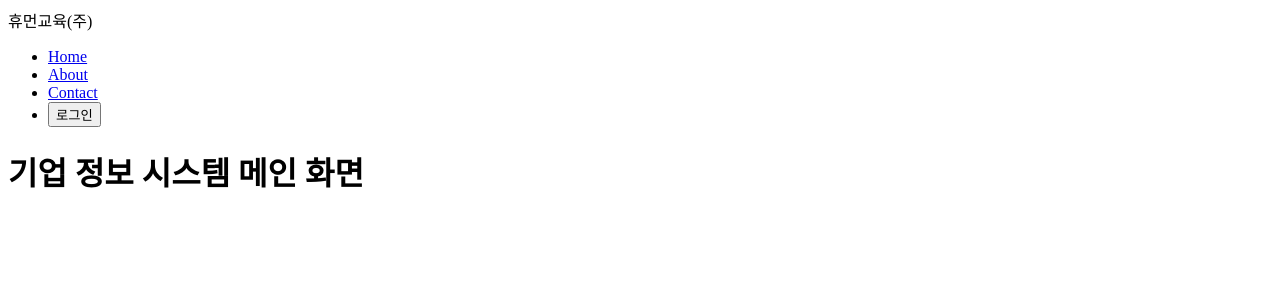
Repository: sieoh/2024html-
Page: http://localhost/jspweb_09/main.jsp
These files come from the project's save history. The page is drawn as it stood at one moment and after the next save; the edit follows.
The browser window is 1280 px wide. The pictures show the whole page.
The page is served by Tomcat 9. Other server files are loaded and not shown.

Above is the page before, as saved 2024-01-15 01:17:03.

### workspace_sts/jspweb_09/src/main/webapp/main.jsp
<%@ page language="java" contentType="text/html; charset=UTF-8"
    pageEncoding="UTF-8"%>
<!DOCTYPE html>
<html>
<head>
<meta charset="UTF-8">
<title>Insert title here</title>
</head>
<body>
	<div class="top-menu">
	    <div class="logo">휴먼교육(주)</div>
	    <div class="login-menu">
			<ul>
				<li><a href="#">Home</a></li>
				<li><a href="#">About</a></li>
				<li><a href="#">Contact</a></li>
				<li><button onclick="showLoginModal()">로그인</button></li>
			</ul>
	    </div>
	</div>
	<h1>기업 정보 시스템 메인 화면</h1>

</body>
</html>

After the next save:
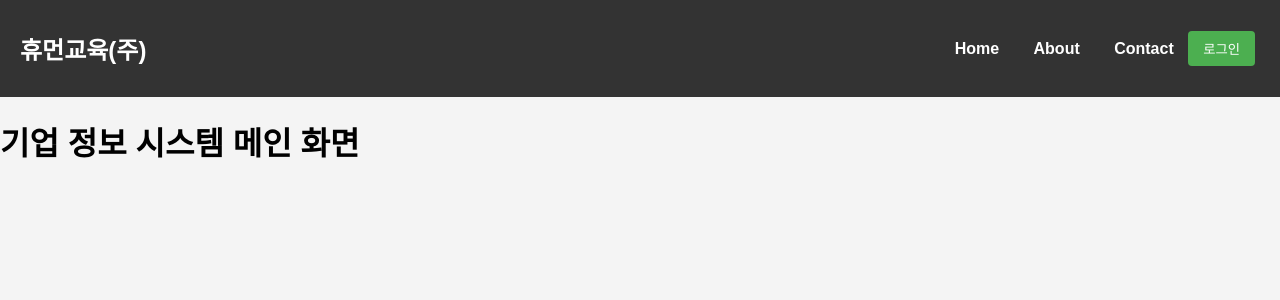
Saved 17 s later.
--- a/workspace_sts/jspweb_09/src/main/webapp/main.jsp
+++ b/workspace_sts/jspweb_09/src/main/webapp/main.jsp
@@ -5,6 +5,51 @@
 <head>
 <meta charset="UTF-8">
 <title>Insert title here</title>
+<style>
+    body {
+      font-family: Arial, sans-serif;
+      margin: 0;
+      padding: 0;
+      background-color: #f4f4f4;
+    }
+    .top-menu {
+      background-color: #333;
+      color: #fff;
+      padding: 10px 20px;
+      display: flex;
+      justify-content: space-between;
+      align-items: center;
+    }
+    .logo {
+      font-size: 24px;
+      font-weight: bold;
+    }
+    .login-menu {
+      display: flex;
+      align-items: center;
+    }
+    .login-menu li {
+        display: inline-block;
+        margin: 5px;
+    }
+    .login-menu a {
+      color: #fff;
+      text-decoration: none;
+      margin-left: 20px;
+      font-weight: bold;
+    }
+    .login-menu button {
+      background-color: #4caf50;
+      color: #fff;
+      border: none;
+      padding: 8px 15px;
+      border-radius: 4px;
+      cursor: pointer;
+    }
+    .login-menu button:hover {
+      background-color: #45a049;
+    }
+  </style>
 </head>
 <body>
 	<div class="top-menu">
